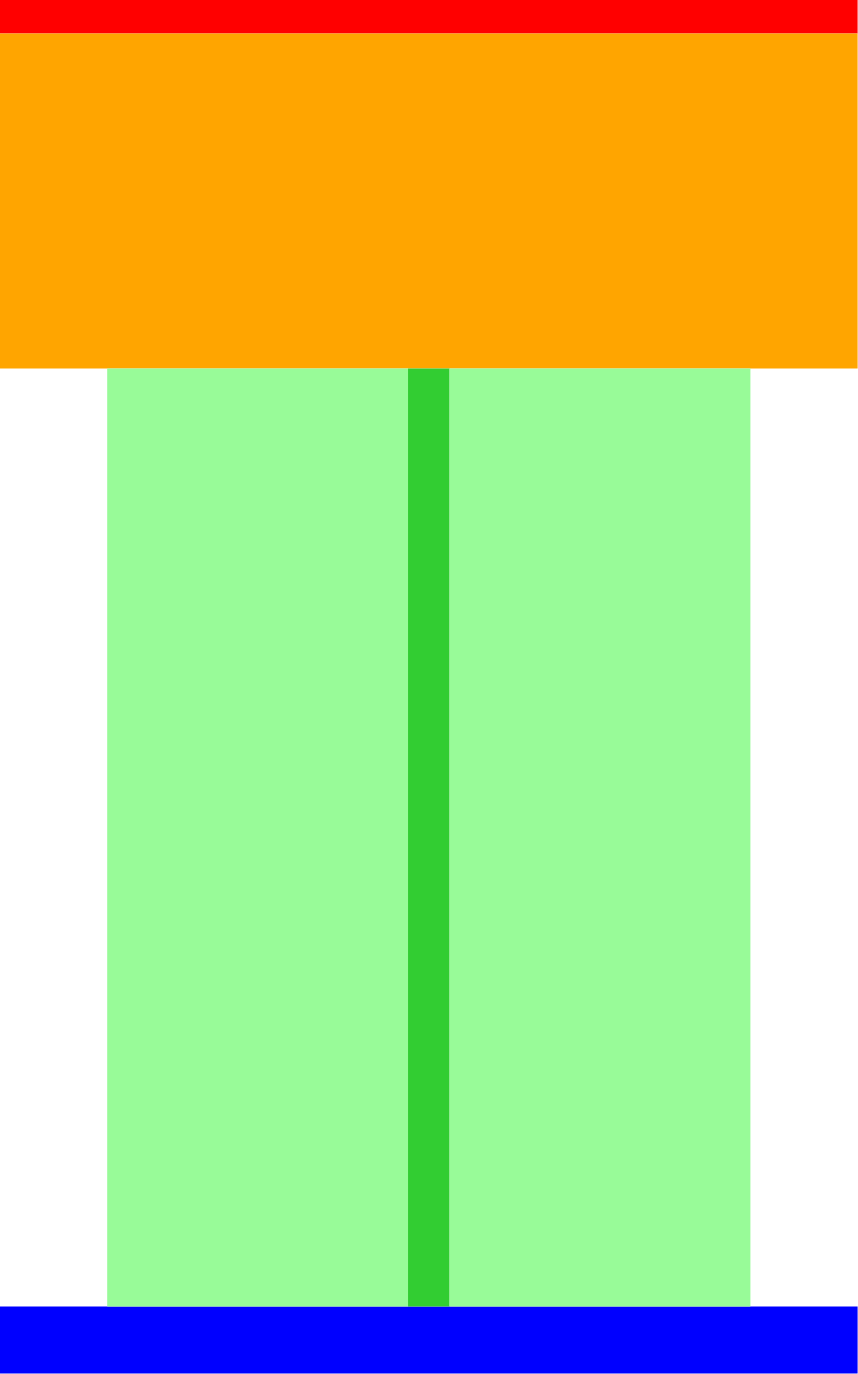
Repository: TsuKou/MainContents
Page: chapter4/index.html
The author's editor kept a record of every edit. The page is drawn from the files as they stood at one moment, then again after the next edit.
The browser window is 1280 px wide. The pictures show the whole page, at 67% of full size.

Above is the page before.

After the next edit:
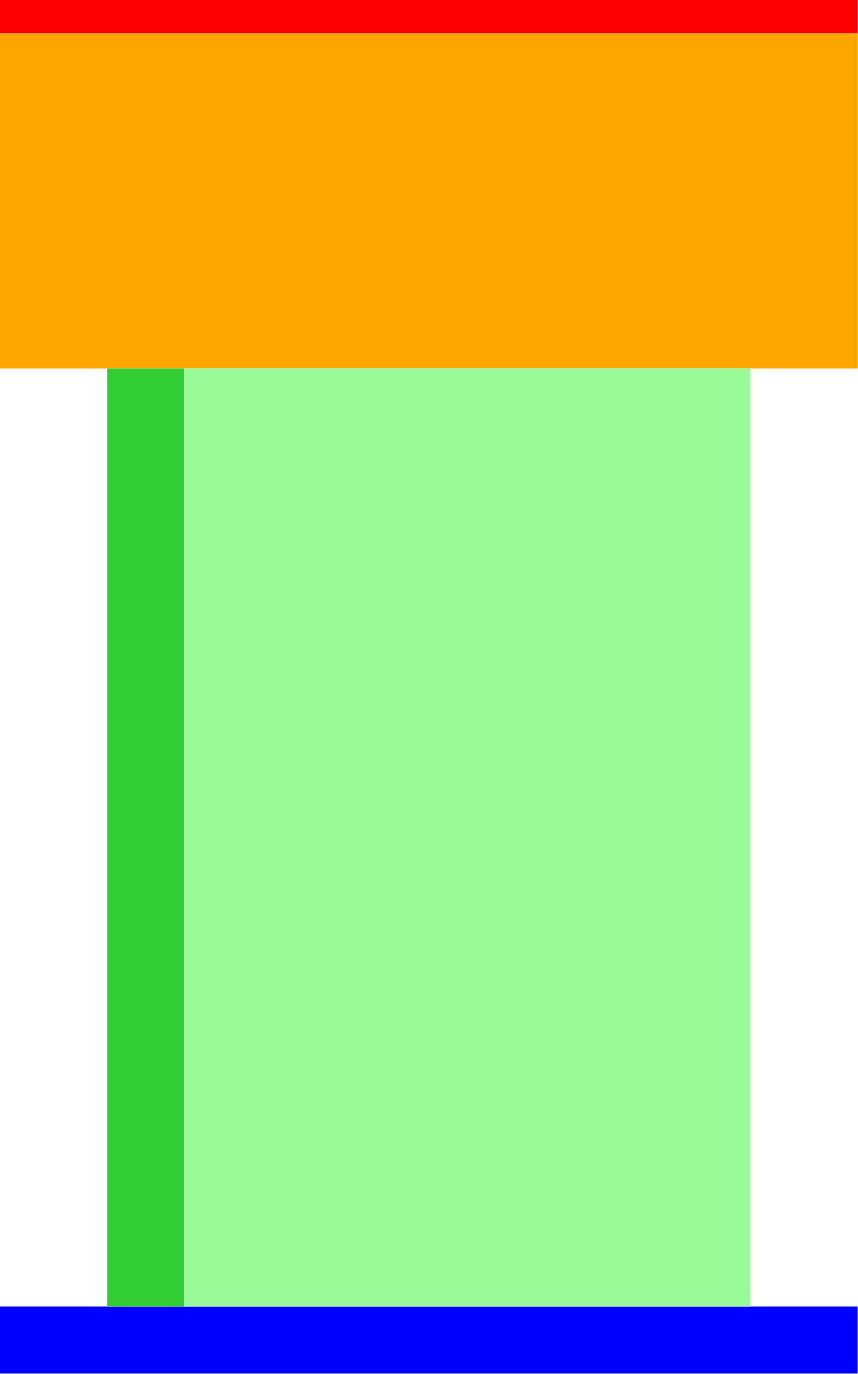
The edit:
--- a/chapter4/style.css
+++ b/chapter4/style.css
@@ -29,11 +29,7 @@
   background-color: limegreen;
 }
 
-.sidebar-left {
-  width: 230pc;
-  height: 1400px;
-  background-color: palegreen;
-}
+
 
 .sidebar-right {
   width: 230pc;

After the edit that followed:
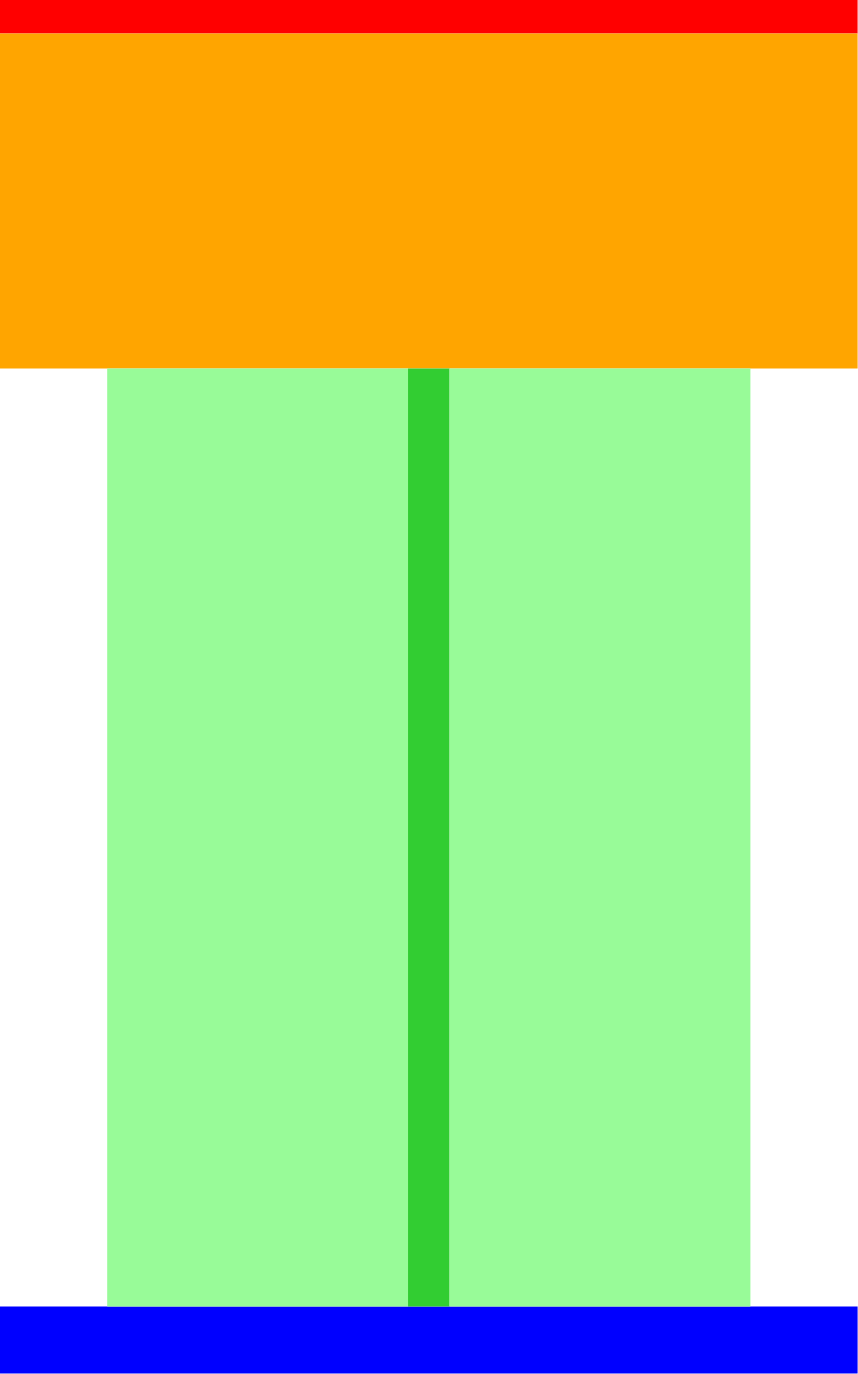
The edit:
--- a/chapter4/style.css
+++ b/chapter4/style.css
@@ -23,6 +23,12 @@
   margin: 0 auto;
 }
 
+.sidebar-left {
+  width: 230pc;
+  height: 1400px;
+  background-color: palegreen;
+}
+
 .blog {
   width: 500px;
   height: 1400px;
